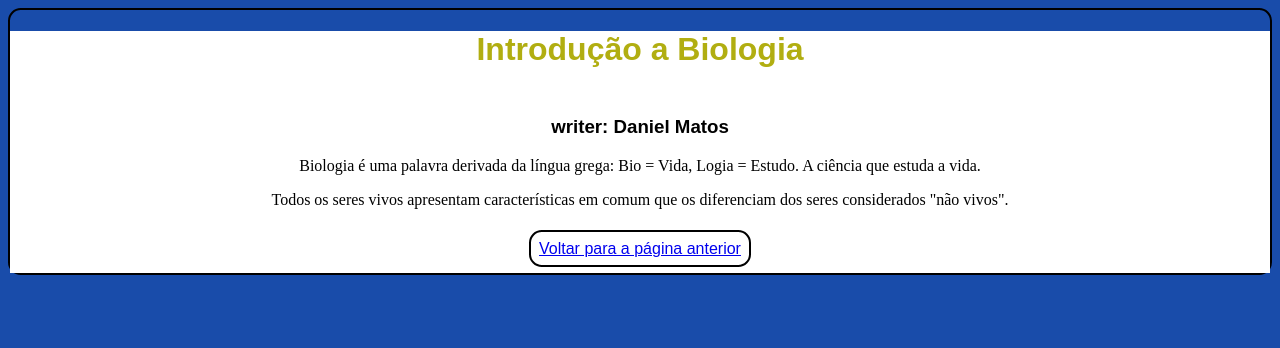
Repository: batmit/FutureFundation.github.io-1
Page: menu/articles/biologia/introducao.html
The author's editor kept a copy of each file at every save. The page is drawn from the files as they stood at one save, then again after the next save.
The browser window is 1280 px wide. The pictures show the whole page.

Above is the page before, as saved 2021-08-30 12:07:56.

After the next save:
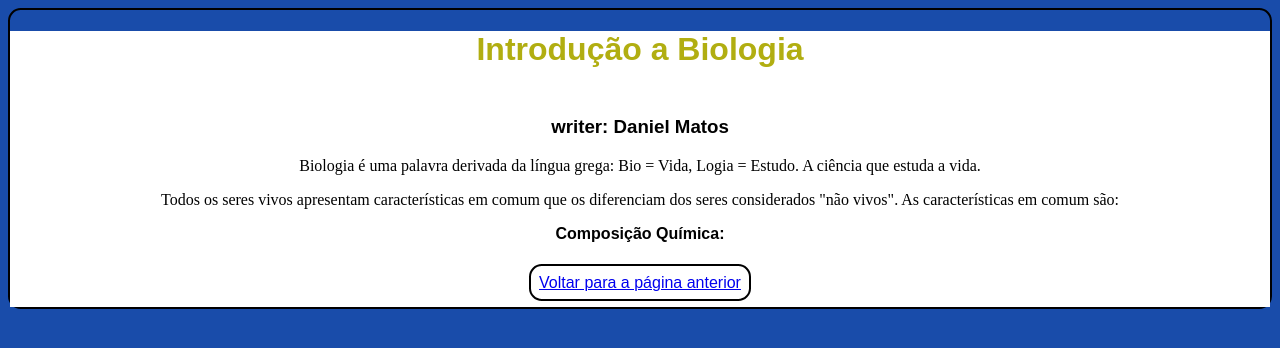
Saved 49 s later.
--- a/menu/articles/biologia/introducao.html
+++ b/menu/articles/biologia/introducao.html
@@ -14,8 +14,9 @@
             <h3>writer: Daniel Matos</h3>
         </header>
         <p>Biologia é uma palavra derivada da língua grega: Bio = Vida, Logia = Estudo. A ciência que estuda a vida.</p>
-        <p>Todos os seres vivos apresentam características em comum que os diferenciam dos seres considerados "não vivos". </p>
-
+        <p>Todos os seres vivos apresentam características em comum que os diferenciam dos seres considerados "não vivos". As características em comum são: </p>
+        <strong>Composição Química: </strong>
+        <p></p>
 
         <a href="./biologia.html">Voltar para a página anterior</a>
     </div>
